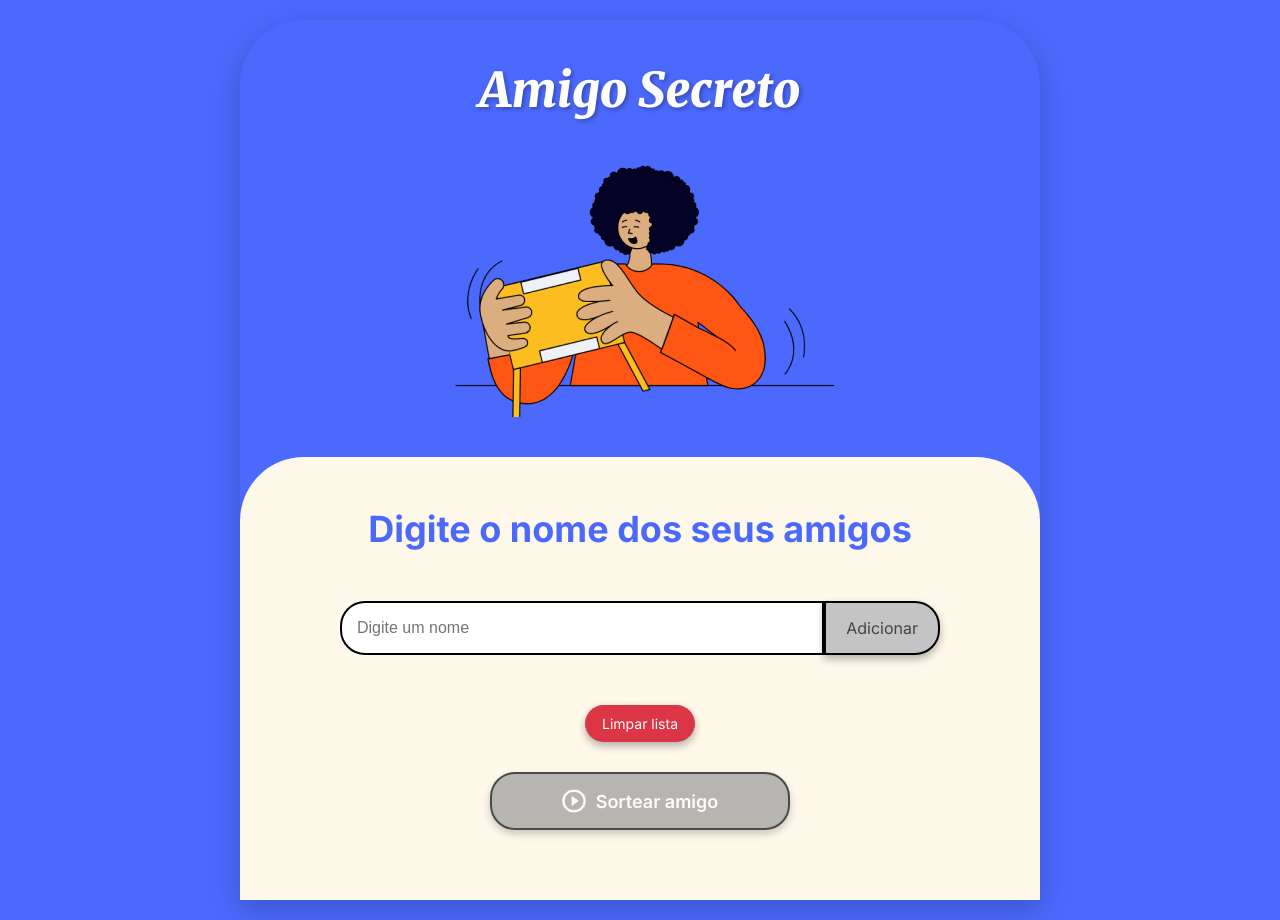
Repository: arturcosta86/challenge-amigo-secreto
Page: index.html
An editor plug-in stored every save of this project. The page is shown before and after the next save, followed by the edit.
The browser window is 1280 px wide. The pictures show the whole page.

Above is the page before, as saved 2025-03-18 20:12:21.

After the next save:
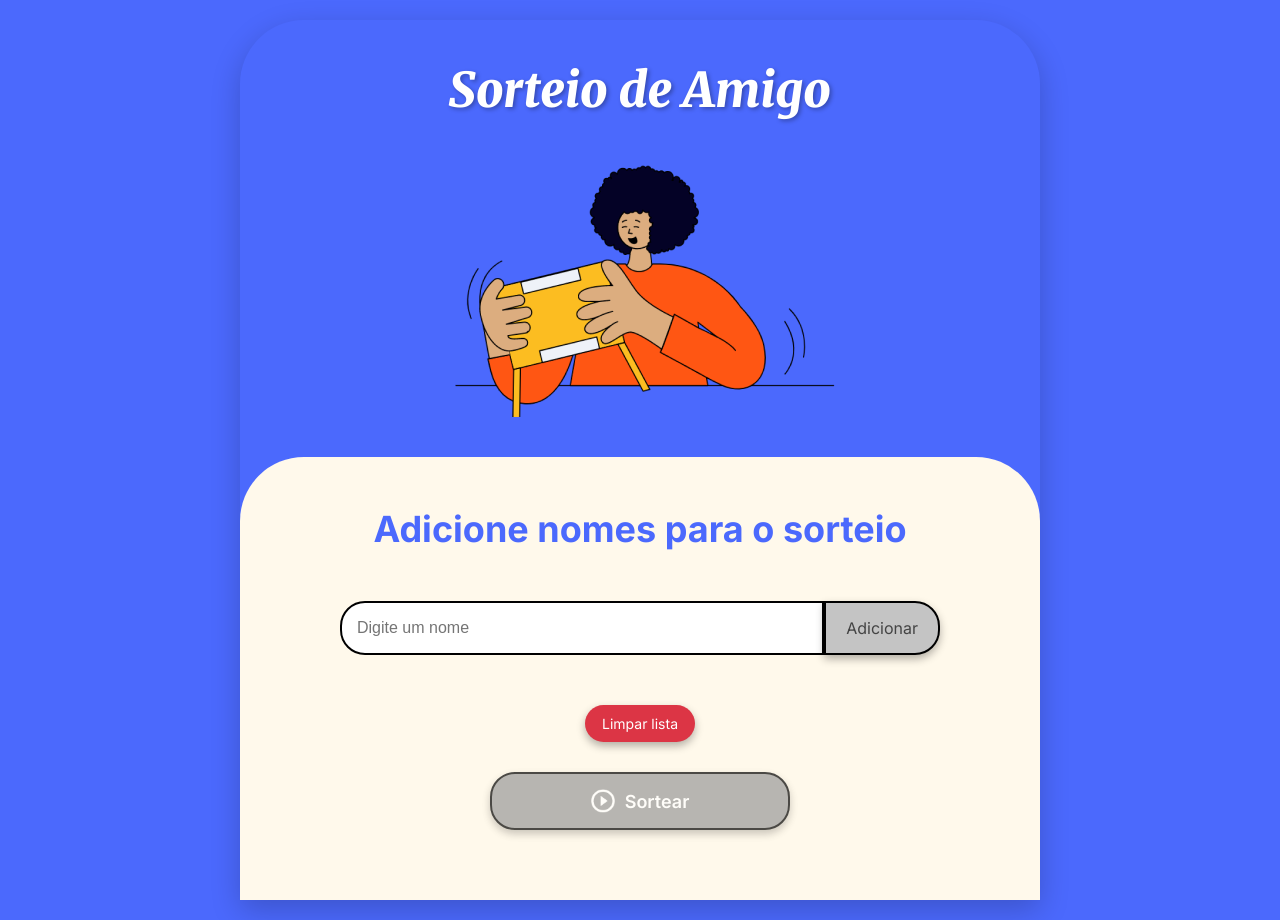
Saved 1 s later.
--- a/index.html
+++ b/index.html
@@ -7,26 +7,26 @@
     <link rel="preconnect" href="https://fonts.googleapis.com">
     <link rel="preconnect" href="https://fonts.gstatic.com" crossorigin>
     <link href="https://fonts.googleapis.com/css2?family=Inter:wght@100;400;500;600;700;900&family=Merriweather:ital,wght@0,300;0,400;0,700;0,900;1,300;1,400;1,700;1,900&display=swap" rel="stylesheet">
-    <title>Amigo Secreto</title>
+    <title>Sorteio de Amigo</title>
 </head>
 
 <body>
     <main class="main-content">
         <header class="header-banner">
-            <h1 class="main-title">Amigo Secreto</h1>
-            <img src="assets/amigo-secreto.png" alt="Imagem representativa de amigo secreto">
+            <h1 class="main-title">Sorteio de Amigo</h1>
+            <img src="assets/amigo-secreto.png" alt="Imagem representativa de sorteio">
         </header>
 
         <section class="input-section">
-            <h2 class="section-title">Digite o nome dos seus amigos</h2>
+            <h2 class="section-title">Adicione nomes para o sorteio</h2>
             <div class="input-wrapper">
-                <input type="text" id="amigo" class="input-name" placeholder="Digite um nome" aria-label="Nome do amigo">
-                <button class="button-add" onclick="adicionarAmigo()" aria-label="Adicionar amigo à lista">Adicionar</button>
+                <input type="text" id="amigo" class="input-name" placeholder="Digite um nome" aria-label="Nome para sorteio">
+                <button class="button-add" onclick="adicionarAmigo()" aria-label="Adicionar nome à lista">Adicionar</button>
             </div>
 
             <!-- Área de feedback será inserida via JavaScript -->
 
-            <ul id="listaAmigos" class="name-list" aria-label="Lista de amigos adicionados" role="list"></ul>
+            <ul id="listaAmigos" class="name-list" aria-label="Lista de nomes adicionados" role="list"></ul>
 
             <div class="control-buttons">
                 <button class="btn-clear-all" onclick="limparTodosAmigos()" aria-label="Limpar toda a lista">
@@ -35,13 +35,13 @@
             </div>
 
             <div class="button-container">
-                <button class="button-draw" onclick="sortearAmigo()" aria-label="Sortear amigo secreto">
+                <button class="button-draw" onclick="sortearAmigo()" aria-label="Realizar sorteio">
                     <img src="assets/play_circle_outline.png" alt="">
-                    Sortear amigo
+                    Sortear
                 </button>
             </div>
 
-            <ul id="resultado" class="result-list" aria-live="polite" aria-label="Resultados do sorteio"></ul>
+            <ul id="resultado" class="result-list" aria-live="polite" aria-label="Resultado do sorteio"></ul>
         </section>
     </main>
 
--- a/style.css
+++ b/style.css
@@ -8,6 +8,7 @@
     --color-white: #FFFFFF;
     --color-success: #28a745;
     --color-error: #dc3545;
+    --color-winner: #FFD700;
 }
 
 /* Estilos gerais */
@@ -248,12 +249,42 @@ ul {
     color: var(--color-text);
     font-size: 18px;
     text-align: center;
-    padding: 10px;
+    padding: 15px;
     border-bottom: 1px solid rgba(0, 0, 0, 0.1);
 }
 
 .result-list li:last-child {
     border-bottom: none;
+}
+
+.result-list li.winner {
+    background-color: var(--color-winner);
+    color: #000;
+    font-size: 24px;
+    font-weight: bold;
+    padding: 20px;
+    margin: 10px 0;
+    border-radius: 10px;
+    text-align: center;
+    box-shadow: 0 0 20px rgba(255, 215, 0, 0.5);
+    animation: winner-pulse 2s infinite;
+}
+
+@keyframes winner-pulse {
+    0% {
+        box-shadow: 0 0 20px rgba(255, 215, 0, 0.5);
+    }
+    50% {
+        box-shadow: 0 0 30px rgba(255, 215, 0, 0.8);
+    }
+    100% {
+        box-shadow: 0 0 20px rgba(255, 215, 0, 0.5);
+    }
+}
+
+.confetti-animation {
+    position: relative;
+    overflow: hidden;
 }
 
 .result-header {
